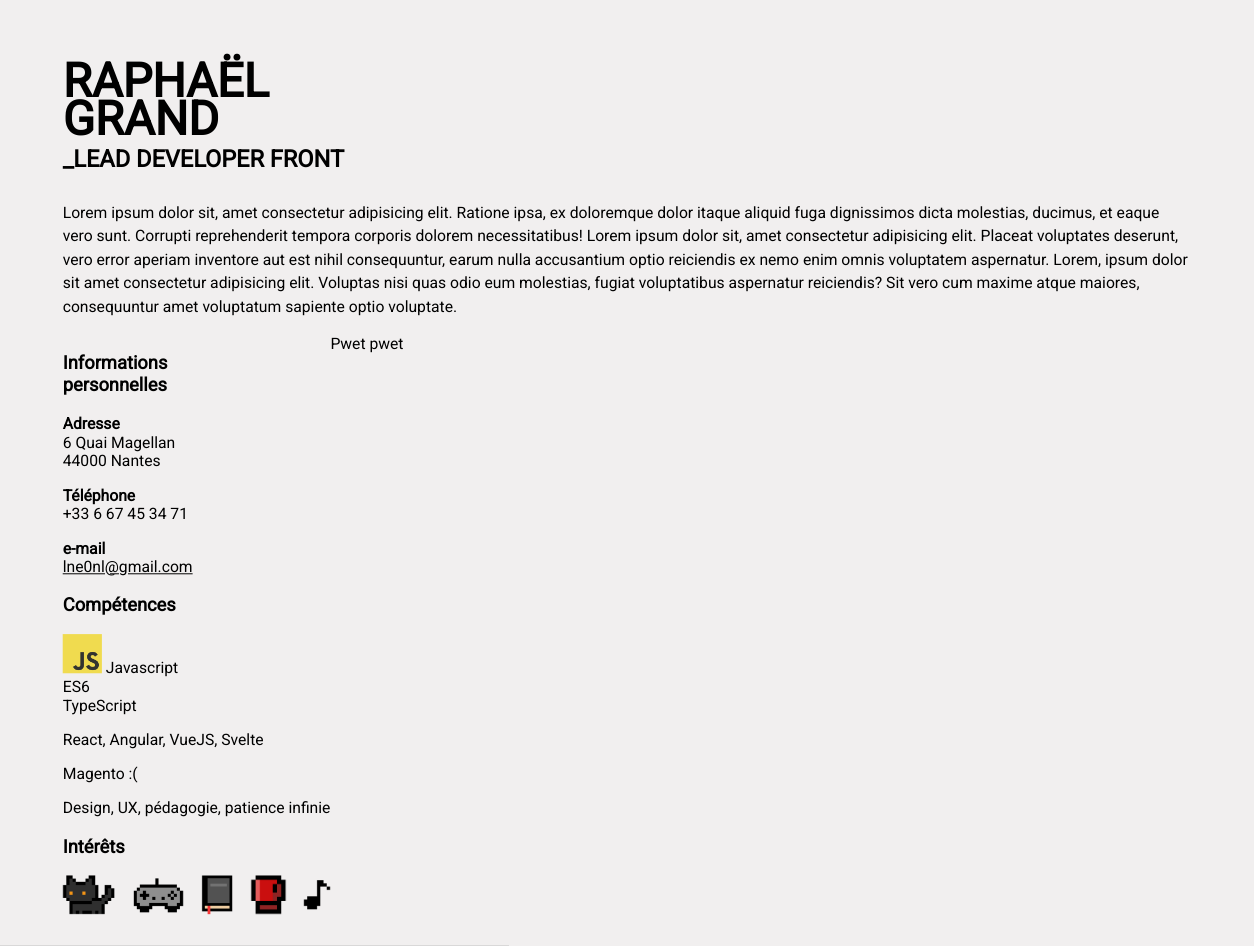
Repository: lne0nl/resume
Page: index.html
An editor plug-in stored every save of this project. The page is shown before and after the next save, followed by the edit.
The browser window is 1280 px wide. The pictures show the whole page, at 98% of full size.

Above is the page before, as saved 2021-12-10 11:19:27.

### index.html
<!DOCTYPE html>
<html lang="fr">
  <head>
    <meta charset="UTF-8" />
    <meta http-equiv="X-UA-Compatible" content="IE=edge" />
    <meta name="viewport" content="width=device-width, initial-scale=1.0" />
    <link rel="preconnect" href="https://fonts.googleapis.com" />
    <link rel="preconnect" href="https://fonts.gstatic.com" crossorigin />
    <link
      href="https://fonts.googleapis.com/css2?family=Roboto&display=swap"
      rel="stylesheet"
    />
    <link rel="stylesheet" type="text/css" href="style.css" />
    <title>CV Raphaël GRAND</title>
  </head>
  <body>
    <header>
      <h1>Raphaël<br />GRAND</h1>
      <h2>_Lead developer front</h2>
      <p class="bio">
        Lorem ipsum dolor sit, amet consectetur adipisicing elit. Ratione ipsa,
        ex doloremque dolor itaque aliquid fuga dignissimos dicta molestias,
        ducimus, et eaque vero sunt. Corrupti reprehenderit tempora corporis
        dolorem necessitatibus! Lorem ipsum dolor sit, amet consectetur
        adipisicing elit. Placeat voluptates deserunt, vero error aperiam
        inventore aut est nihil consequuntur, earum nulla accusantium optio
        reiciendis ex nemo enim omnis voluptatem aspernatur. Lorem, ipsum dolor
        sit amet consectetur adipisicing elit. Voluptas nisi quas odio eum
        molestias, fugiat voluptatibus aspernatur reiciendis? Sit vero cum
        maxime atque maiores, consequuntur amet voluptatum sapiente optio
        voluptate.
      </p>
    </header>
    <div class="core">
      <section class="infos">
        <article>
          <h3>Informations<br />personnelles</h3>
          <ul>
            <li title="address">
              <b>Adresse</b><br />
              6 Quai Magellan<br />44000 Nantes
            </li>
            <li title="phone">
              <b>Téléphone</b><br />
              +33 6 67 45 34 71
            </li>
            <li title="mail">
              <b>e-mail</b><br />
              <a href="mailto:lne0nl@gmail.com">lne0nl@gmail.com</a>
            </li>
          </ul>
        </article>
        <article>
          <h3>Compétences</h3>
          <div class="skills">
            <img class="logo" src="images/js.png" alt="Javascript" title="Javascript">
            Javascript<br>ES6<br>TypeScript<br>
          </div>
          <ul>
            <li>
            </li>
            <li>React, Angular, VueJS, Svelte</li>
            <li>Magento :(</li>
            <li>Design, UX, pédagogie, patience infinie</li>
          </ul>
        </article>
        <article>
          <h3>Intérêts</h3>
          <div class="interests">
            <img class="cat" src="images/cat.png" alt="animals" title="Animaux">
            <img class="pad" src="images/pad.png" alt="video games" title="Jeux Vidéo">
            <img class="book" src="images/book.png" alt="book" title="Littérature">
            <img class="glove" src="images/gloves.png" alt="boxing gloves" title="Boxe Française">
            <img class="note" src="images/music.png" alt="music" title="Musique">
          </div>
          <!-- <ul class="interests">
            <li title="Animaux"><img src="images/cat.png" alt="animals"></li>
            <li title="Jeux vidéo"><img src="images/pad.png" alt="video games"></li>
            <li title="Littérature">Littérature</li>
            <li title="Musique">Musique</li>
            <li title="Boxe Française">Boxe Française</li>
          </ul> -->
        </article>
      </section>
      <section class="resume">Pwet pwet</section>
    </div>
  </body>
</html>

### style.css
html {
  background-color: grey;
}

body {
  margin: 0 auto;
  padding: 2rem 4rem;
  max-width: 1280px;
  background-color: #f1efef;
  font-family: 'Roboto', sans-serif;
}

header {
  position: relative;
}

h1 {
  font-size: 3rem;
  line-height: 0.8;
  text-transform: uppercase;
}

h2 {
  text-align: right;
  position: absolute;
  top: 4rem;
  text-transform: uppercase;
}

a {
  text-decoration: underline;
  color: inherit;
}

a:visited {
  color: inherit;
}

.bio {
  padding-top: 2rem;
  line-height: 1.5;
}

ul {
  list-style: none;
  margin: 0;
  padding: 0;
}

li {
  margin-bottom: 1rem;
}

.core {
  display: flex;
}

.resume {
  flex: 1;
  /* background-color: yellow; */
}

.interests {
  display: flex;
  justify-content: space-between;
  align-items: center;
}

.interests img {
  margin-bottom: 0;
}

.cat {
  height: 40px;
}

.pad {
  height: 35px;
}

.book {
  height: 40px;
}

.glove {
  height: 40px;
}

.note {
  height: 30px;
}

.logo {
  width: 40px;
}

After the next save:
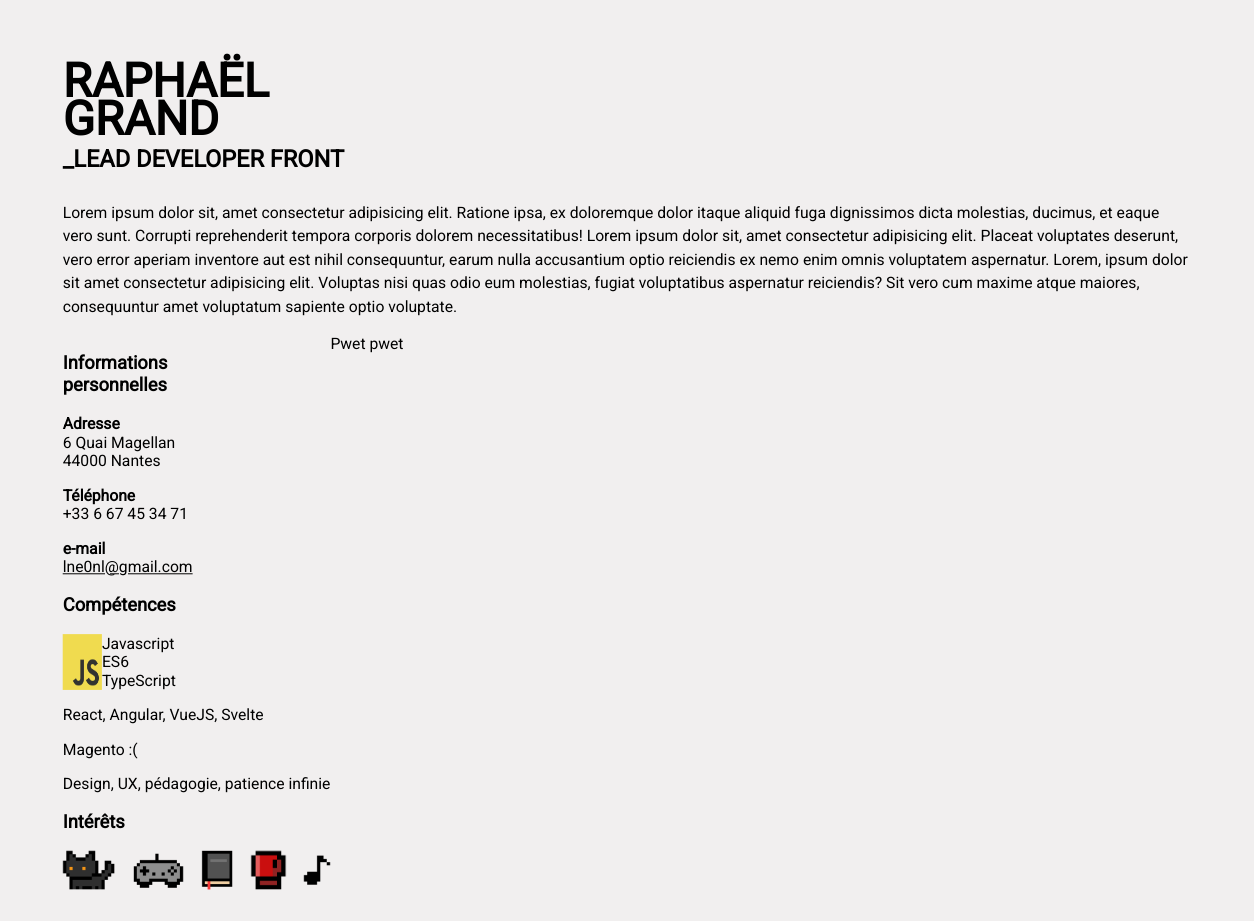
Saved 5 s later.
--- a/style.css
+++ b/style.css
@@ -90,6 +90,10 @@ li {
   height: 30px;
 }
 
+.skills {
+  display: flex;
+}
+
 .logo {
   width: 40px;
 }
